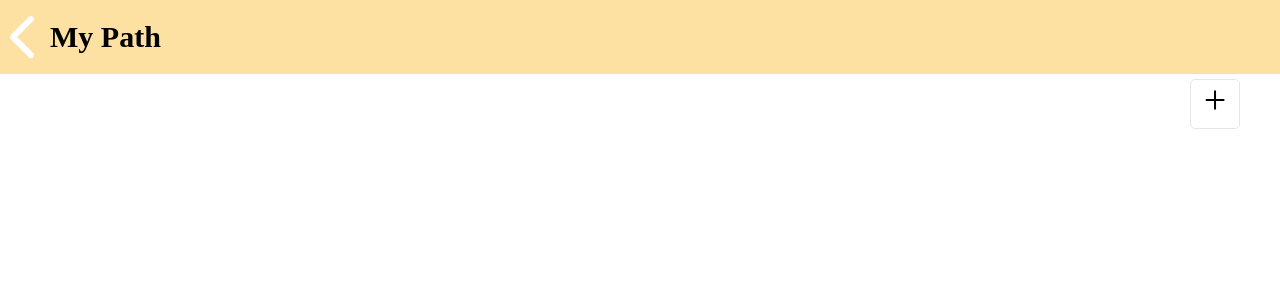
Repository: Lee-Front/myPath
Page: /
An editor plug-in stored every save of this project. The page is shown before and after the next save, followed by the edit.
The browser window is 1280 px wide. The pictures show the whole page.
The page's requests for data from a server got no answer. The project was rebuilt for these pictures with package versions that can differ from the ones it lists, and the page was loaded fresh each time. No one was signed in, and anything a server would have sent is missing. Also part of the build but not shown: src/pages/PathDetail.js, src/components/career/Editor/EditComponent.js, src/components/career/Editor/EditorTag/ImageTag.js, src/components/career/Editor/EditorTag/MultipleTag.js, src/components/career/Editor/EditorTag/CheckBoxTag.js, src/components/career/Editor/EditorTag/BulletPointTag.js, src/components/career/Editor/EditBranchComponent.js, src/components/common/PopupMenu.js and 4 more.

Above is the page before, as saved 2023-05-19 00:17:40.

### src/index.js
import React from "react";
import ReactDOM from "react-dom/client";
import "./index.css";
import App from "./App";
import reportWebVitals from "./reportWebVitals";
import { BrowserRouter } from "react-router-dom";

const root = ReactDOM.createRoot(document.getElementById("root"));
root.render(
  <BrowserRouter basename={process.env.PUBLIC_URL}>
    <App />
  </BrowserRouter>
);

// If you want to start measuring performance in your app, pass a function
// to log results (for example: reportWebVitals(console.log))
// or send to an analytics endpoint. Learn more: https://bit.ly/CRA-vitals
reportWebVitals();

### src/App.js
import { Route, Routes } from "react-router-dom";
import "./App.css";
import Home from "./pages/Home";
import Navigator from "./components/navigator/Navigator";
import PathDetail from "./pages/PathDetail";
import PathWrite from "./pages/PathWrite";
import styled from "@emotion/styled";

const PageWrapper = styled.div`
  height: 100%;
  display: flex;
  flex-direction: column;
`;
const ContentWarpper = styled.div`
  flex: 1;
  overflow: hidden;
`;

function App() {
  return (
    <PageWrapper>
      <Navigator />
      <ContentWarpper>
        <Routes>
          <Route path="/" element={<Home />} />
          <Route path="/write" element={<PathWrite />} />
          <Route path="/pathDetail" element={<PathDetail />} />
        </Routes>
      </ContentWarpper>
    </PageWrapper>
  );
}

export default App;

### src/App.css
html, body, div, span, applet, object, iframe,
h1, h2, h3, h4, h5, h6, p, blockquote, pre,
a, abbr, acronym, address, big, cite, code,
del, dfn, em, img, ins, kbd, q, s, samp,
small, strike, strong, sub, sup, tt, var,
b, u, i, center,
dl, dt, dd, ol, ul, li,
fieldset, form, label, legend,
table, caption, tbody, tfoot, thead, tr, th, td,
article, aside, canvas, details, embed,
figure, figcaption, footer, header, hgroup,
menu, nav, output, ruby, section, summary,
time, mark, audio, video {
	margin: 0;
	padding: 0;
	border: 0;
	font-size: 100%;
	font: inherit;
	vertical-align: baseline;
	box-sizing: border-box;
}
/* HTML5 display-role reset for older browsers */
article, aside, details, figcaption, figure,
footer, header, hgroup, menu, nav, section {
	display: block;
}
body {
	overscroll-behavior-y: none;
}
ol, ul {
	list-style: none;
}
blockquote, q {
	quotes: none;
}
blockquote:before, blockquote:after,
q:before, q:after {
	content: '';
	content: none;
}
table {
	border-collapse: collapse;
	border-spacing: 0;
}

html, body,#root {
	height: 100vh;
}
html{
	-webkit-user-drag: none;
  -webkit-user-select: none;
  overflow: hidden;
  font-size: 62.5%;
  min-width: 34rem;
}

a{
	-webkit-user-drag: none;
  -webkit-user-select: none;
}

img{
	-webkit-user-drag: none;
  -webkit-user-select: none;
}

div::-webkit-scrollbar{
	display: none;
  }


  [contenteditable=true]:empty:after{
	content: attr(placeholder);
	color:rgba(55,53,47,0.3)
  }

  *::selection {
	background: rgba(35,131,226,0.28);
  }

### src/pages/Home.js
import React from "react";
import PathList from "../components/career/PathCard/PathList";

const Home = () => {
  return <PathList />;
};

export default Home;

### src/components/navigator/Navigator.js
import React from "react";
import styled from "@emotion/styled";
import { useLocation, useNavigate } from "react-router-dom";
import { ReactComponent as LeftArrow } from "../../images/left-arrow.svg";

const NavigatorWrapper = styled.div`
  width: 100%;
  background-color: #fde1a3;
  display: flex;
  z-index: 998;
`;
const NavigatorSpan = styled.div`
  font-weight: 600;
  font-size: 3rem;
  flex: 1;
  padding: 2rem 1rem 2rem 1rem;
`;

const BackButton = styled(LeftArrow)`
  width: 3rem;
  fill: white;
  padding-left: 1rem;
  cursor: pointer;
`;

const Navigator = () => {
  const nav = useNavigate();
  const location = useLocation();
  return (
    <NavigatorWrapper
      onClick={() => {
        if (location.pathname !== "/") nav(-1);
      }}
    >
      <BackButton />
      <NavigatorSpan>My Path</NavigatorSpan>
    </NavigatorWrapper>
  );
};

export default Navigator;

### src/components/career/PathCard/PathList.js
import React, { useEffect, useState } from "react";
import styled from "@emotion/styled";
import { useNavigate } from "react-router-dom";
import axios from "axios";
import { throttle } from "lodash";

const PathContainer = styled.div`
  padding-left: 4rem;
  padding-right: 4rem;
  display: flex;
  flex-direction: column;
  height: 100%;
`;
const PathCardContainer = styled.div`
  overflow-y: scroll;
`;

const FlexWrapper = styled.div`
  display: flex;
  margin-bottom: 1rem;
`;

const PathCard = styled.div`
  width: ${(props) => `calc(100% / ${props.columnCount} - 1rem)`};
  min-height: 15rem;
  border-radius: 0.5rem;
  border: 1px solid rgba(0, 0, 0, 0.1);
  margin: 0 0.5rem;
  cursor: pointer;
  background: white;
`;

const PathCardTitle = styled.span`
  display: block;
  font-size: 2.5rem;
  margin: 1rem;
  word-break: break-all;
`;

const AddButtonWrapper = styled.div`
  padding: 0.5rem 0;
`;

const AddButton = styled.div`
  width: 5rem;
  height: 5rem;
  text-align: center;
  border: 1px solid rgba(0, 0, 0, 0.1);
  border-radius: 0.5rem;
  cursor: pointer;
  margin-left: auto;
`;

const AddButtonSpan = styled.span`
  font-size: 4rem;
  line-height: 4rem;
`;

const userId = "wkdrmadl3";

const getMaxCardCount = () => {
  const PathListWidth = window.innerWidth - 80;
  let columnCount = Math.floor(PathListWidth / 240);

  if (PathListWidth < columnCount * 240) {
    columnCount--;
  }
  return columnCount > 1 ? columnCount : 1;
};

const PathList = () => {
  const nav = useNavigate();
  const [pathList, setPathList] = useState([]);
  const [cardColumn, setCardColumn] = useState(getMaxCardCount);

  const getPathList = async (userId) => {
    const pathList = await axios.get("/api/path/getList", {
      params: { userId },
    });
    setPathList(pathList.data);
  };

  const createPath = async (userId) => {
    const pathName = prompt("path의 이름을 입력하세요", "Path명");

    if (pathName === null) return;

    const createPath = await axios.post("/api/path/create", {
      userId,
      title: pathName,
    });

    if (createPath.status === 200) {
      nav("/write", { state: { pathId: createPath.data.pathId } });
    }
  };

  useEffect(() => {
    getPathList(userId);
  }, []);

  useEffect(() => {
    const handleResize = throttle(() => {
      setCardColumn(getMaxCardCount);
    }, 100);

    window.addEventListener("resize", handleResize);
    return () => window.removeEventListener("resize", handleResize);
  }, []);

  const moveWritePage = (pathId) => {
    nav("/write", { state: { pathId } });
  };

  return (
    <PathContainer>
      <AddButtonWrapper>
        <AddButton
          onClick={() => {
            createPath(userId);
          }}
        >
          <AddButtonSpan>+</AddButtonSpan>
        </AddButton>
      </AddButtonWrapper>
      <PathCardContainer>
        {Array(Math.ceil(pathList?.length / cardColumn))
          .fill(0)
          .map((_, index) => (
            <FlexWrapper key={index}>
              {pathList
                .slice(index * cardColumn, index * cardColumn + cardColumn)
                .map((path) => (
                  <PathCard
                    columnCount={cardColumn}
                    key={path.pathId}
                    onClick={() => {
                      moveWritePage(path.pathId);
                    }}
                  >
                    <PathCardTitle>{path.title}</PathCardTitle>
                  </PathCard>
                ))}
            </FlexWrapper>
          ))}
      </PathCardContainer>
    </PathContainer>
  );
};

export default PathList;

Loaded but not shown: public/index.html (common file); src/index.css (common file); src/reportWebVitals.js (common file)

After the next save:
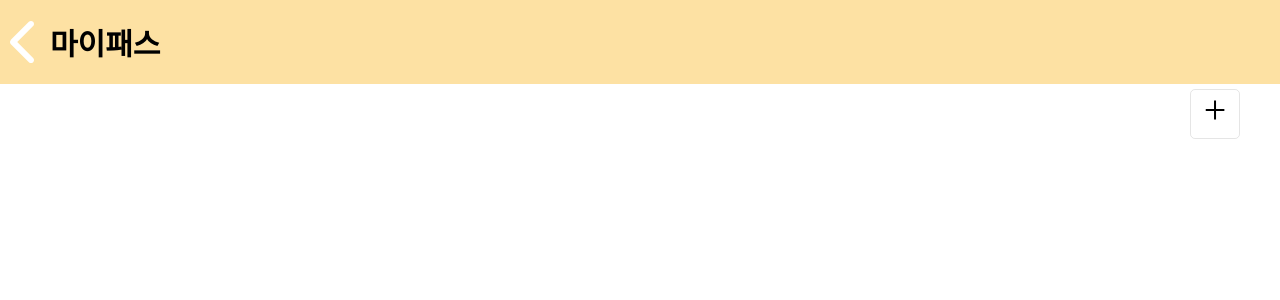
Saved 6 days later.
--- a/src/components/navigator/Navigator.js
+++ b/src/components/navigator/Navigator.js
@@ -33,7 +33,7 @@ const Navigator = () => {
       }}
     >
       <BackButton />
-      <NavigatorSpan>My Path</NavigatorSpan>
+      <NavigatorSpan>마이패스</NavigatorSpan>
     </NavigatorWrapper>
   );
 };
